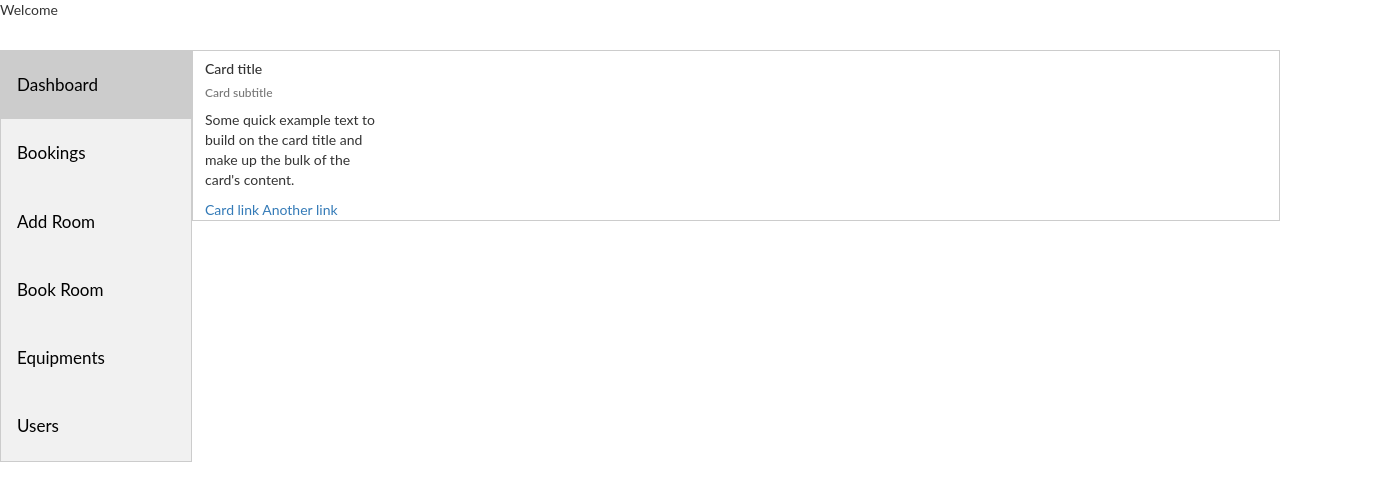
Repository: abhi608/visa_tutorial
Page: meetingroomapp/src/main/resources/static/dashboardView.html
The author's editor kept a copy of each file at every save. The page is drawn from the files as they stood at one save, then again after the next save.
The browser window is 1280 px wide. The page is 1375 px wide, so the pictures cover 1375 px, including what lies to the right of the window. The pictures show the whole page.

Above is the page before, as saved 2018-08-07 07:28:53.

After the next save:
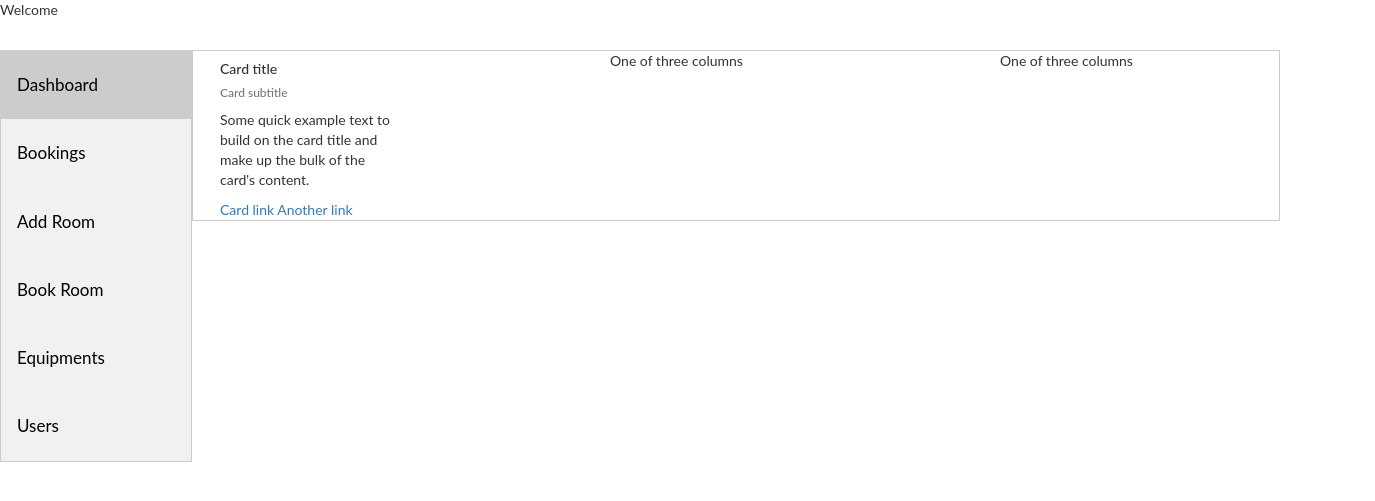
Saved 34 s later.
--- a/meetingroomapp/src/main/resources/static/dashboardView.html
+++ b/meetingroomapp/src/main/resources/static/dashboardView.html
@@ -72,7 +72,8 @@ body {font-family: "Lato", sans-serif;}
 <div id="Dashboard" class="tabcontent">
   <div class="container">
 	  <div class="row">
-	    <div class="card" style="width: 18rem;">
+	    <div class="col-sm-4">
+	      <div class="card" style="width: 18rem;">
   <div class="card-body">
     <h5 class="card-title">Card title</h5>
     <h6 class="card-subtitle mb-2 text-muted">Card subtitle</h6>
@@ -81,6 +82,13 @@ body {font-family: "Lato", sans-serif;}
     <a href="#" class="card-link">Another link</a>
   </div>
 </div>
+	    </div>
+	    <div class="col-sm-4">
+	      One of three columns
+	    </div>
+	    <div class="col-sm-4">
+	      One of three columns
+	    </div>
 	  </div>
   </div>
  </div>
